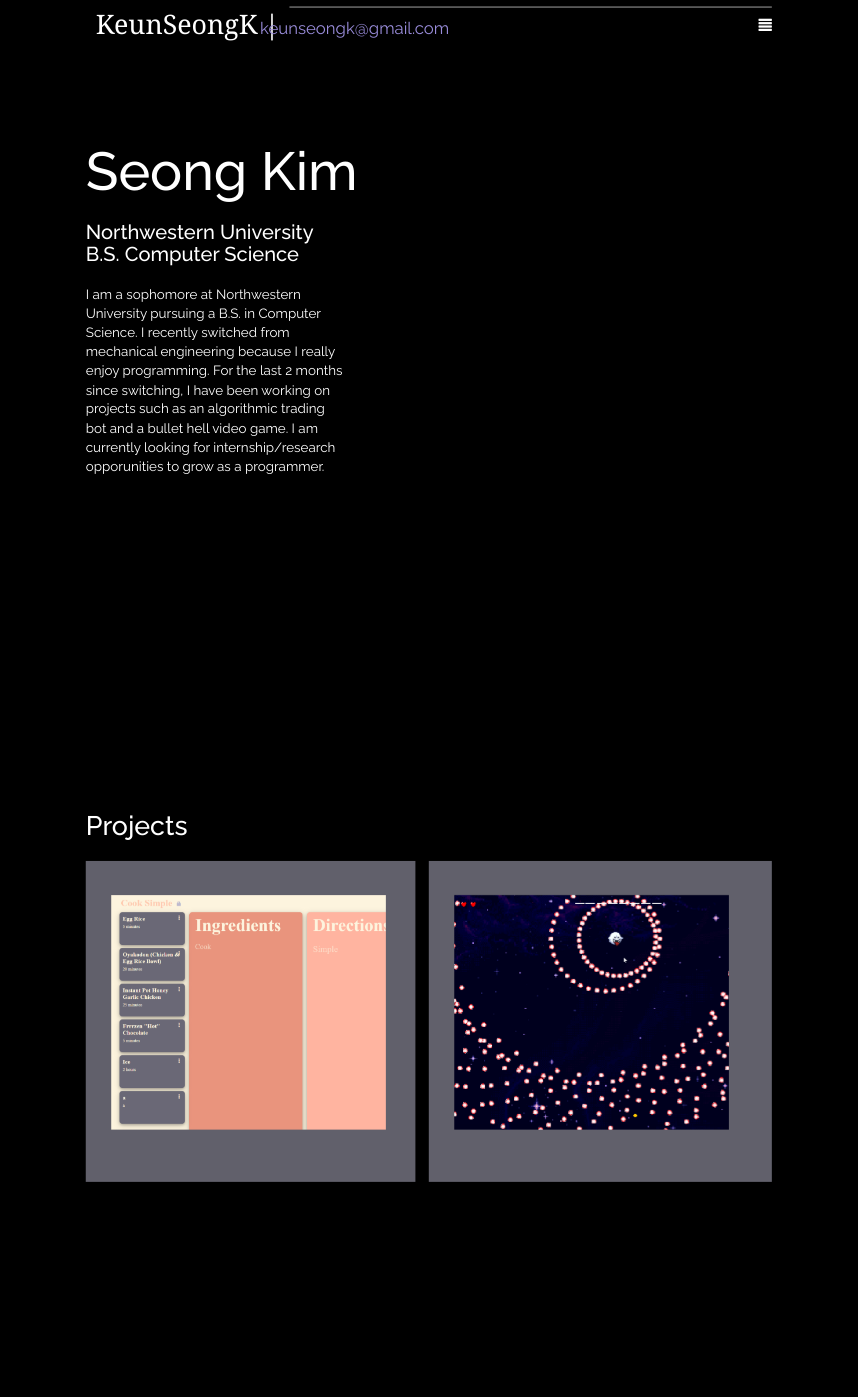
Repository: oqueuo/personal-site
Page: index.html
The author's editor kept a copy of each file at every save. The page is drawn from the files as they stood at one save, then again after the next save.
The browser window is 1280 px wide. The pictures show the whole page, at 67% of full size.

Above is the page before, as saved 2020-09-21 18:16:11.

After the next save:
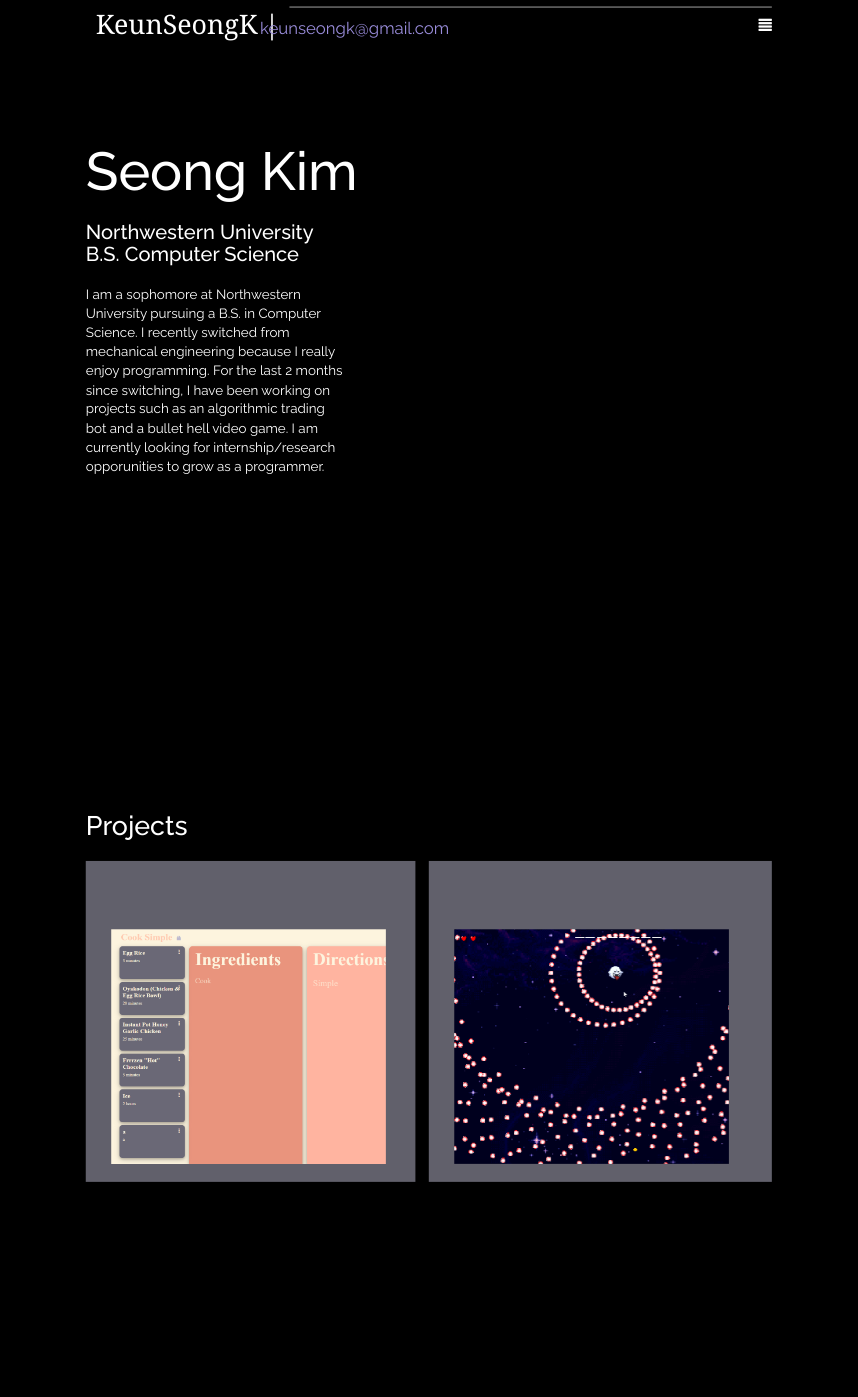
Saved 6 s later.
--- a/styles.css
+++ b/styles.css
@@ -128,7 +128,7 @@ ul a:active, #email:active, .more-info-on-github:active {
     position: absolute;
     background-size: cover;
     margin-left: 7.5% !important;
-    margin-top: 10% !important;
+    margin-top: 20% !important;
     transition: .5s ease;
     backface-visibility: hidden;
 }
